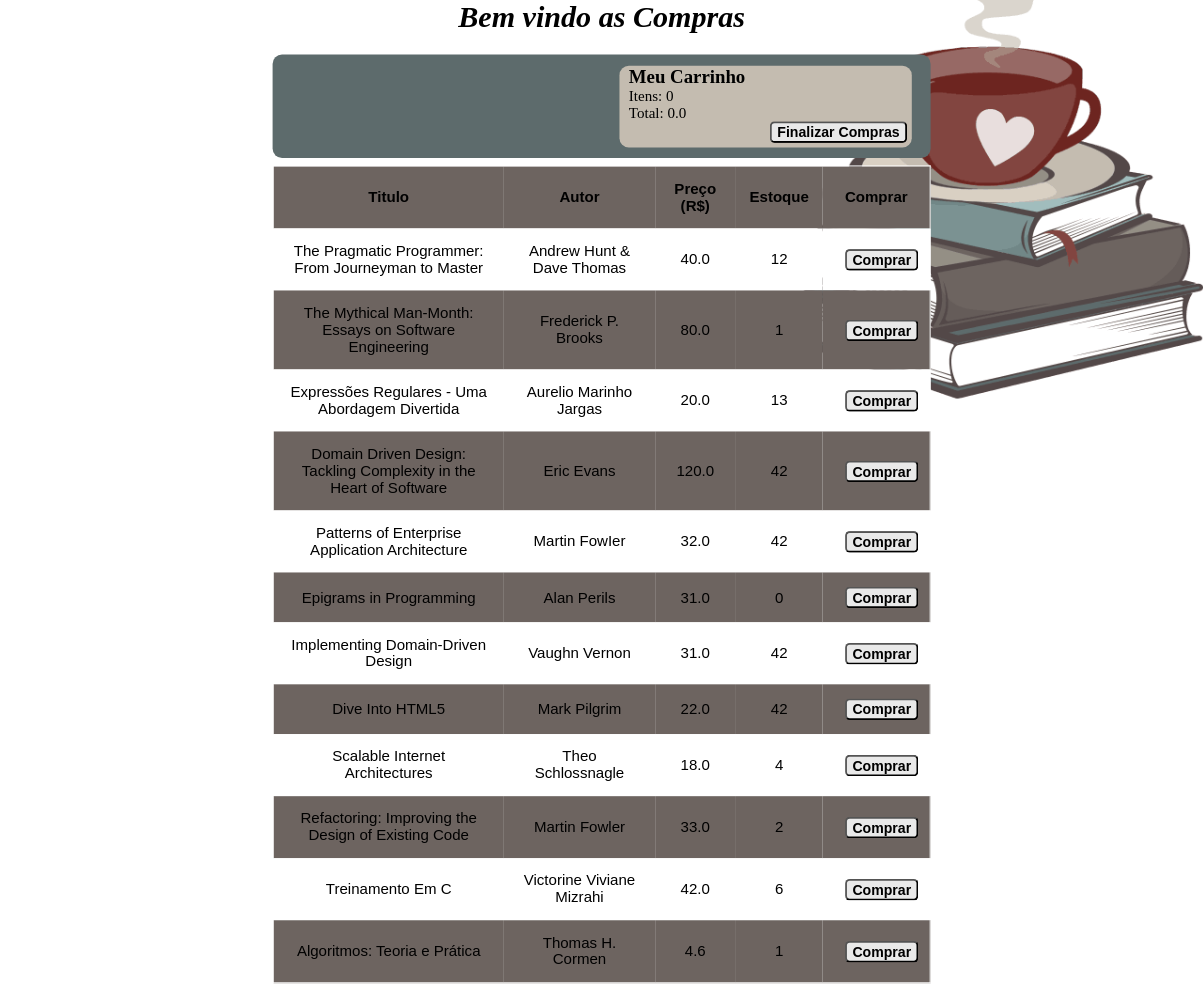
Repository: gabriellacrystina/ProjetoTegra
Page: http://localhost/book-store/Produtos
These files come from the project's save history. The page is drawn as it stood at one moment and after the next save; the edit follows.
The browser window is 1280 px wide. The pictures show the whole page, at 94% of full size.
Backgrounds fixed to the window are drawn as part of the page. The page is served by Tomcat 9. Other server files are loaded and not shown.

Above is the page before, as saved 2016-07-07 23:03:34.

### book-store/WebContent/index.jsp
<%@ page language="java" contentType="text/html; charset=UTF-8"
    pageEncoding="UTF-8"%>
<%@ page import="model.Produto" %>
<%@ page import="model.Item" %>
<%@ page import="java.util.ArrayList" %>
<%@ page import="java.util.List" %>
<%@ taglib uri="http://java.sun.com/jsp/jstl/core" prefix="c" %>

<!DOCTYPE html PUBLIC "-//W3C//DTD HTML 4.01 Transitional//EN" "http://www.w3.org/TR/html4/loose.dtd">
<html>
	<head>
		<meta http-equiv="Content-Type" content="text/html; charset=UTF-8">
		<link rel="stylesheet" type="text/css" href="book-store-style.css">
		<title>BookStore</title>
	</head>
	<body>
		<div class="cabecalho">
			<h1>Bem vindo as Compras</h1>
		</div>
		<%
			//Retirar esta lógica daqui!!
			ArrayList<Item> livrosEscolhidos = (ArrayList<Item>)session.getAttribute("listaItens");
			int qtde=0;
			double total=0;
			if( livrosEscolhidos != null){
				for(Item i: livrosEscolhidos){
					qtde = qtde + i.getQuantidade();
					total = total +  i.getProduto().getPreco() * i.getQuantidade();

				}}
		%>
			<div class="my-cart" >
				<div class="cart">
					<label id="lbl-meu-carrinho">Meu Carrinho</label><br>
						Itens: <output class="lbl-itens" id="qtde-itens" name="quantidade-itens"><%=qtde%></output><br>
						Total: <output class="lbl-total" id="total" name="total-itens"><%=total%></output><br>
						<form action="MeuCarrinho">
							<button type="submit" class="btn" id="btn-finalizar-compra">Finalizar Compras</button>
						</form>
				</div>
			</div>
			<table id="tbl-books">
			  <tr>
			    <th>Titulo</th>
			    <th>Autor</th>
			    <th>Preço (R$)</th>
			    <th>Estoque</th>
			    <th>Comprar</th>
			  </tr>
		  		<c:forEach var="livro" items="${listaProdutos}">
		  			<tr class="livros">
						<td class="nome-livro">${livro.titulo}</td>
						<td class="nome-autor">${livro.autor}</td>
						<td class="preco">${livro.preco}</td>
						<td class="estoque">${livro.estoque}</td>
						<td>
							<form action="Produtos" method="post" name="produtos" >
								<input type="hidden" name="id-livro" value="${livro.id}">
								<button class="btn btn-comprar" type="submit">Comprar</button>
							</form>

						</td>
					</tr>
				</c:forEach>
			</table>
		</body>
</html>

### book-store/src/servlet/BuscaProdutos.java
package servlet;

import java.io.IOException;

import javax.servlet.ServletException;
import javax.servlet.annotation.WebServlet;
import javax.servlet.http.HttpServlet;
import javax.servlet.http.HttpServletRequest;
import javax.servlet.http.HttpServletResponse;
import javax.servlet.http.HttpSession;

import java.util.ArrayList;
import java.util.List;

import model.Item;
import model.Produto;
import dao.ProdutoDAO;

/**
 * Servlet implementation class BuscaProdutos
 * Classe responsavel por gerar uma lista estatica de produtos;
 * E ainda montar uma lista de livros escolhidos pelo o usuário.
 *
 */
@WebServlet("/Produtos")
public class BuscaProdutos extends HttpServlet {
	private static final long serialVersionUID = 1L;

    /**
     * @see HttpServlet#HttpServlet()
     */
    public BuscaProdutos() {
        super();
        // TODO Auto-generated constructor stub
    }

	/**
	 * @see HttpServlet#doGet(HttpServletRequest request, HttpServletResponse response)
	 */
	protected void doGet(HttpServletRequest request, HttpServletResponse response) throws ServletException, IOException {

		HttpSession sessao = request.getSession();

		//Gerando lista estatica.
		List<Produto> produtos = new ProdutoDAO().getListaProdutos();

		//colocando na sessao a lista de produtos
		sessao.setAttribute("listaProdutos", produtos);

		//redirecionar pro index.
		request.getRequestDispatcher("index.jsp").forward(request, response);
	}

	/**
	 * @see HttpServlet#doPost(HttpServletRequest request, HttpServletResponse response)
	 */
	protected void doPost(HttpServletRequest request, HttpServletResponse response) throws ServletException, IOException {
		HttpSession sessao = request.getSession();
		Item item = new Item();
		Produto produto;
		double subtotal = 0, total=0;
		Integer indice, quantidade=0, qtdeLivros=0;
		Item itemEncontrado = null;

		//captura Lista de Produtos e LivrosEscolhidos da sessao.
		List<Produto> produtos = (ArrayList<Produto>) sessao.getAttribute("listaProdutos");
		ArrayList<Item> livrosEscolhidos = (ArrayList<Item>) sessao.getAttribute("listaItens");

		if(livrosEscolhidos == null){
			livrosEscolhidos = new ArrayList<Item>();
			sessao.setAttribute("listaItens", livrosEscolhidos);
		}

		//Indice do livro
		indice = Integer.parseInt(request.getParameter("id-livro"));
		produto = produtos.get(indice);

		if(produto.contemEstoqueDisponivel()){
			/**Montando um item para adicionar em livrosEscolhidos.**/
			//Se a lista estiver vazia
			if(livrosEscolhidos.isEmpty()){
				//add item
				item.setProduto(produto);

				quantidade = item.getQuantidade() + 1;
				item.setQuantidade(quantidade);

				subtotal = quantidade * produto.getPreco();
				item.setSubtotal(subtotal);

				livrosEscolhidos.add(item);

				produto.atualizaEstoqueVenda();
			}else{
				//Senao percorre a lista
				for(int i=0; i<livrosEscolhidos.size(); i++){
					//verifica se o item a ser adicionado já existe na lista de livros Escolhidos
					if(produto.getTitulo().equals(livrosEscolhidos.get(i).getProduto().getTitulo())){
						itemEncontrado = livrosEscolhidos.get(i);
					}
				}
				//item já existe na lista?
				if(itemEncontrado != null){
					//atualiza a quantidade e o subtotal deste item
					itemEncontrado.adicionarQuantidade();

					itemEncontrado.adicionarSubtotal(produto.getPreco());

					produto.atualizaEstoqueVenda();
				}else{
					//senao adiciona um novo item na lista
					item.setProduto(produto);

					quantidade = item.getQuantidade() + 1;
					item.setQuantidade(quantidade);

					subtotal = quantidade * produto.getPreco();
					item.setSubtotal(subtotal);

					livrosEscolhidos.add(item);

					produto.atualizaEstoqueVenda();
				}
			}
		}

		//Total de livros e valor correspondente
		if( livrosEscolhidos != null){
			for(Item i: livrosEscolhidos){
				qtdeLivros = qtdeLivros + i.getQuantidade();
				total = total +  i.getProduto().getPreco() * i.getQuantidade();
			}
		}

		sessao.setAttribute("qtdeLivros", qtdeLivros);
		sessao.setAttribute("total", total);
		request.getRequestDispatcher("index.jsp").forward(request, response);
	}
}

### book-store/src/dao/ProdutoDAO.java
package dao;

import java.util.ArrayList;
import java.util.List;

import model.Produto;

/**
 * Produto(Data Object Access)
 *
 * Classe que simula acesso ao banco de dados
 */

public class ProdutoDAO {

	private final static List<Produto> listaProdutos = new ArrayList<>();

	static{
		adicionaProduto(new Produto("The Pragmatic Programmer: From Journeyman to Master", "Andrew Hunt & Dave Thomas", 40.00, 12));
		adicionaProduto(new Produto("The Mythical Man-Month: Essays on Software Engineering", "Frederick P. Brooks", 80.00, 1));
		adicionaProduto(new Produto("Expressões Regulares - Uma Abordagem Divertida", "Aurelio Marinho Jargas",20.00 ,13 ));
		adicionaProduto(new Produto("Domain Driven Design: Tackling Complexity in the Heart of Software", "Eric Evans", 120.00, 42));
		adicionaProduto(new Produto("Patterns of Enterprise Application Architecture", "Martin FowIer", 32.00, 42));
		adicionaProduto(new Produto("Epigrams in Programming", "Alan Perils", 31.00, 0));
		adicionaProduto(new Produto("Implementing Domain-Driven Design", "Vaughn Vernon", 31.00, 42));
		adicionaProduto(new Produto("Dive Into HTML5", "Mark Pilgrim", 22.00, 42));
		adicionaProduto(new Produto("Scalable Internet Architectures", "Theo Schlossnagle", 18.00, 4));
		adicionaProduto(new Produto("Refactoring: Improving the Design of Existing Code", "Martin Fowler", 33.00, 2));
		adicionaProduto(new Produto("Treinamento Em C", "Victorine Viviane Mizrahi", 42.00, 6));
		adicionaProduto(new Produto("Algoritmos: Teoria e Prática", "Thomas H. Cormen", 4.60, 1));
	}


	//Metodo que gera id automático e adiciona um produto na lista.
	private static void adicionaProduto(Produto produto){
		int id = listaProdutos.size();
		produto.setId(id);
		listaProdutos.add(produto);
	}

	public List<Produto> getListaProdutos(){
		return listaProdutos;
	}
}

### book-store/src/model/Produto.java
package model;

public class Produto {

	private int id;
	private String titulo;
	private String autor;
	private Double preco;
	private int estoque;

	public Produto(String titulo, String autor, Double preco, int estoque) {
		this.titulo = titulo;
		this.autor = autor;
		this.preco = preco;
		this.estoque = estoque;
	}

	public int getId(){
		return id;
	}

	public void setId(int id){
		this.id = id;
	}

	public String getTitulo() {
		return titulo;
	}

	public String getAutor() {
		return autor;
	}

	public Double getPreco() {
		return preco;
	}

	public int getEstoque() {
		return estoque;
	}

	public void atualizaEstoqueVenda(){
		this.estoque -= 1;
	}

	public void atualizaEstoqueDevolucao(){
		this.estoque += 1;
	}
}

### book-store/WebContent/book-store-style.css
@CHARSET "ISO-8859-1";

body {
	background-image: url("teste.png");
	background-repeat: no-repeat;
	background-position: right top;
	background-attachment: fixed;
    width: 700px;
    margin-top: 0px;
    margin-left: auto;
	margin-right: auto;
}

h1 {
	font-style: oblique;
	text-align: center;
    color: #000000;
    margin-top: 0px;
}

#tbl-books {
	width: 100%;
	font-family: "Arial", "Helvetica", sans-serif;
	border: 1px solid #ffffff;
    border-collapse: collapse;
}

#tbl-books tr:nth-child(even){
	background-color: #FFFFFF
}

#tbl-books tr:nth-child(odd){
	background-color: #6D6460;
}

th, td {
    padding: 15px;
    text-align: center;
}

.my-cart{
	width: 100%;
	height: 110px;
	border-radius: 10px;
    padding: 12px 20px;
    margin: 8px 0;
    box-sizing: border-box;
	background-color: #5D6B6C;
	margin-left: auto;
	margin-right: auto;
}
.cart{
	float: right;
	background-color: #c4bcb0;
	border-radius: 10px;
	padding-left: 10px;
	padding-bottom: 5px;
	margin-left: auto;
	margin-right: auto;
}

.carrinho{
	background-color: #c4bcb0;
	border-radius: 10px;
	padding-left: 100px;
	padding-right: 500px;
	padding-bottom: 85px;
}

#lbl-meu-carrinho{
	font-size: 20px;
	font-weight: bold;
}

.btn {
	font-family: "Arial", "Helvetica", sans-serif;
	border-radius: 5px;
	font-size: 15px;
	font-weight: bold;
	margin-left: 150px;
	margin-right: 5px;
	background-color: #e9e9e9;
}

.btn-comprar{
	margin-left: 10%;
}

.btn-validarCumpom{
	margin-left: 60%;
}

.it-carrinho{
	margin-right: 150px;
}

.img-desconto{
	background-image: url("desconto.jpg");
	width: 10%;
	top:5px;
	left:20px;
	position:absolute;
}

h3, p{
	color: #ffffff;
	font-family: "Arial", "Helvetica", serif;
}

.desconto{
	margin-top: 0px;
	background-color: #6D2520;
	width: 22%;
	height: 100%;
	left:35px;
	text-align: left;
	padding-top: 5%;
	padding-left: 15px;
	position:absolute;
}

#img-desconto{
	padding-top: 20%;
	width: 100%;
}

After the next save:
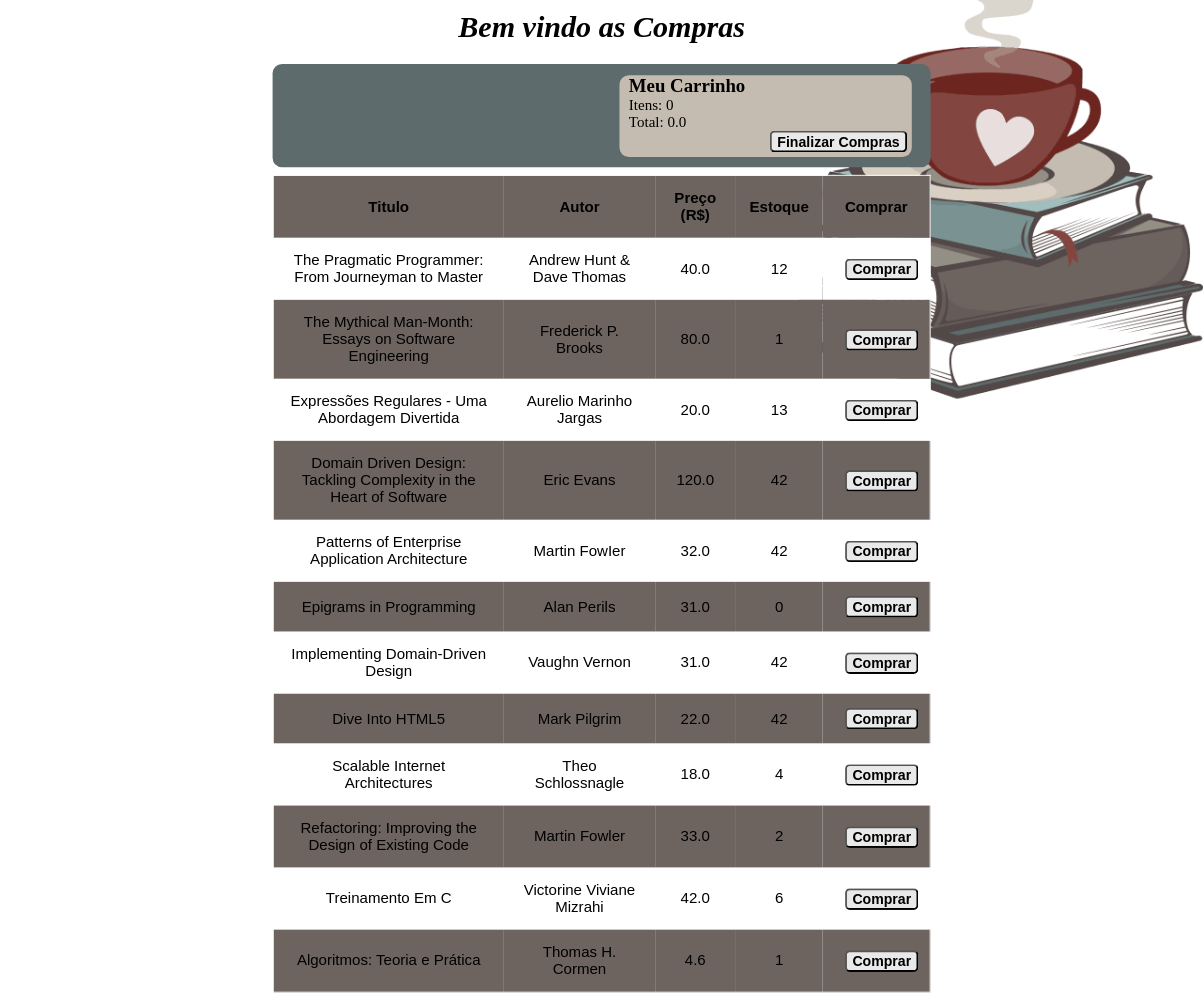
Saved 11 s later.
--- a/book-store/WebContent/book-store-style.css
+++ b/book-store/WebContent/book-store-style.css
@@ -15,7 +15,7 @@ h1 {
 	font-style: oblique;
 	text-align: center;
     color: #000000;
-    margin-top: 0px;
+    margin-top: 10px;
 }
 
 #tbl-books {
